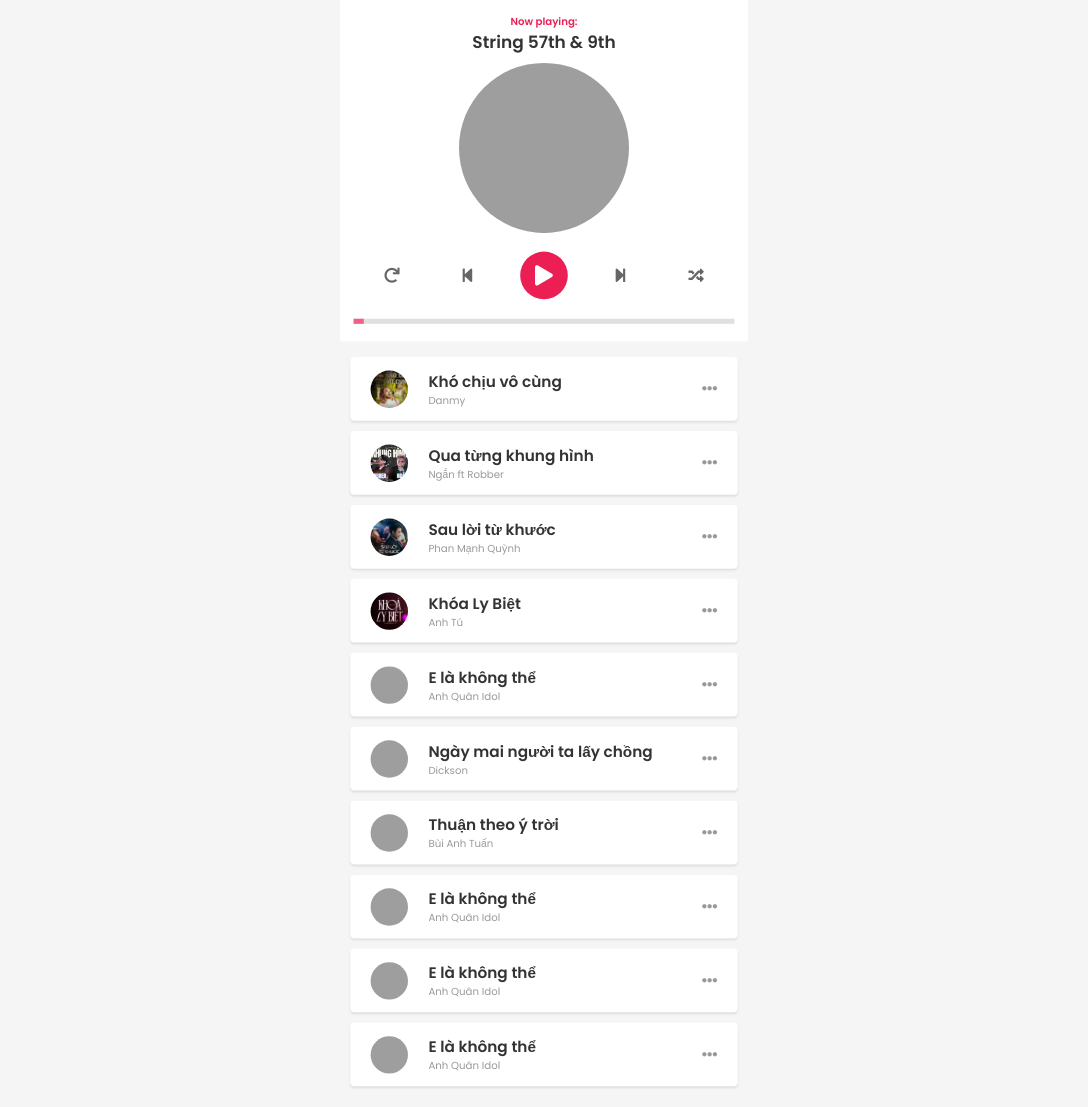
Repository: vothanhdiennn/music-player
Page: index.html
The author's editor kept a copy of each file at every save. The page is drawn from the files as they stood at one save, then again after the next save.
The browser window is 1280 px wide. The pictures show the whole page, at 85% of full size.
Pictures or frames that could not be fetched are drawn as grey boxes.

Above is the page before, as saved 2024-12-04 09:36:57.

After the next save:
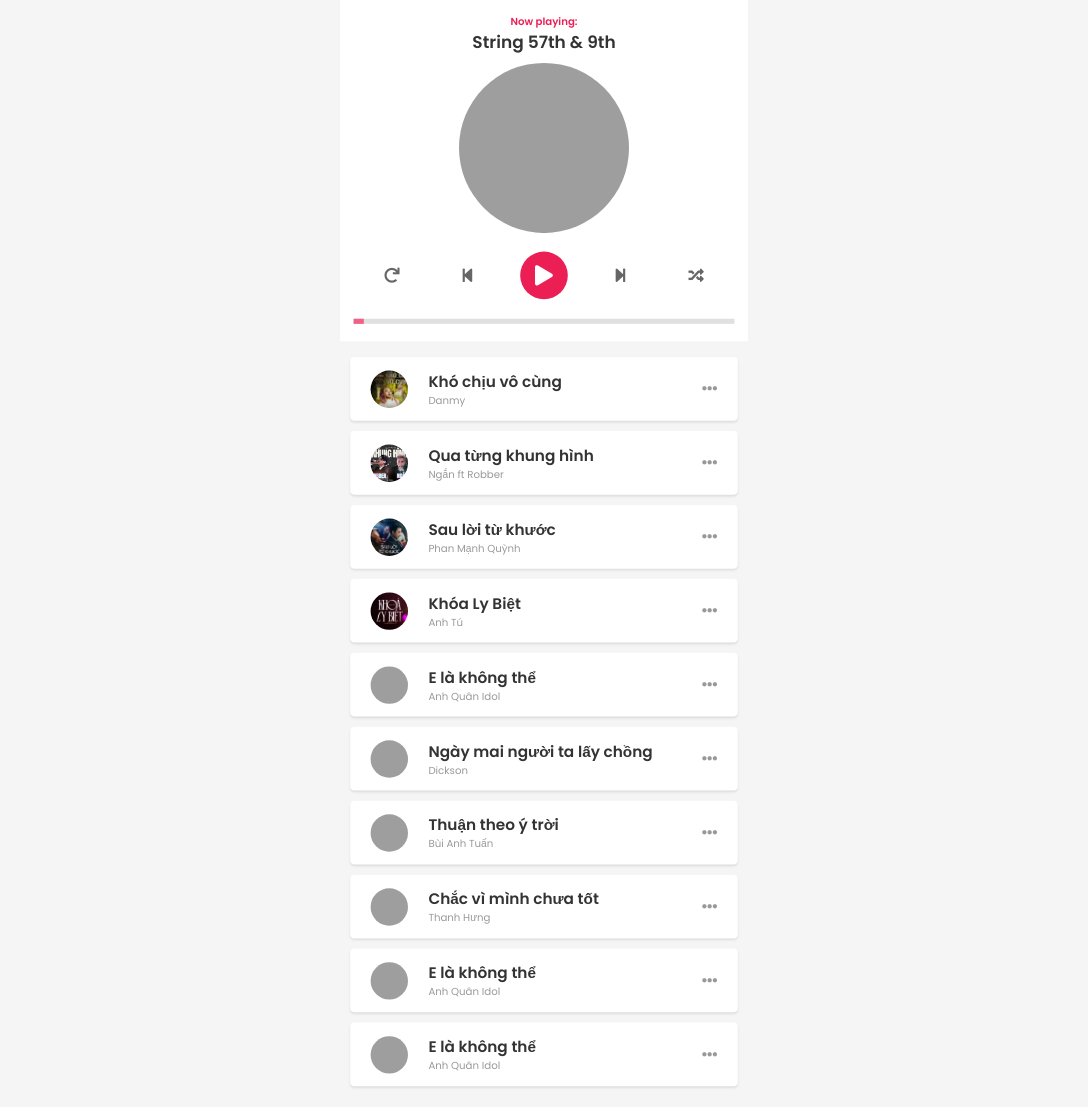
Saved 118 s later.
--- a/assets/js/app.js
+++ b/assets/js/app.js
@@ -59,8 +59,8 @@
       image: "/assets/img/img5.jpg",
     },
     {
-      name: "E là không thể",
-      singer: "Anh Quân Idol",
+      name: "Chắc vì mình chưa tốt",
+      singer: " Thanh Hưng",
       path: "/assets/music/song8.mp3",
       image: "/assets/img/img5.jpg",
     },
